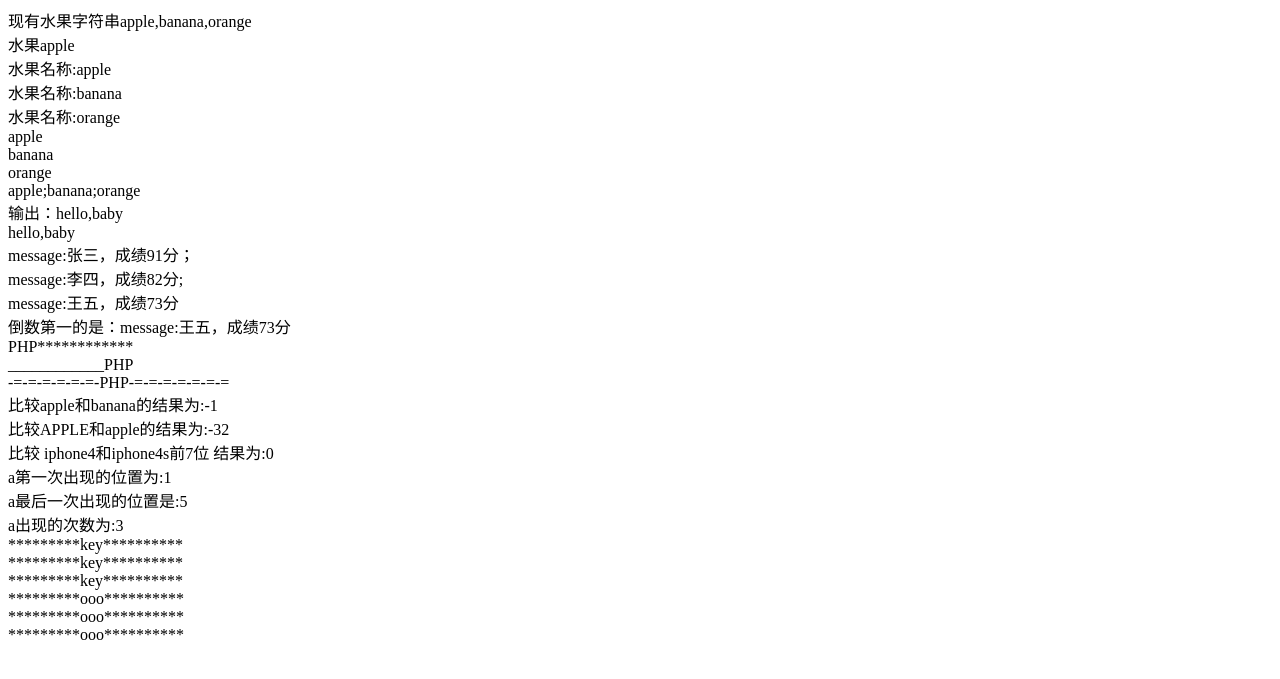
Repository: ljcan/PHP_Scripts
Page: http://localhost/src/new_file09.php
An editor plug-in stored every save of this project. The page is shown before and after the next save, followed by the edit.
The browser window is 1280 px wide. The pictures show the whole page.
The page is run by PHP 8.4 with error messages shown; the project is at /var/www/html/.

Above is the page before, as saved 2017-07-05 02:25:21.

### myjavascript_file/myphp/src/new_file09.php
<!DOCTYPE html PUBLIC "-//W3C//DTD HTML 4.01//EN"
"http://www.w3.org/TR/html4/strict.dtd">

<html xmlns="http://www.w3.org/1999/xhtml" lang="en">
    <head>
        <meta http-equiv="Content-Type" content="text/html; charset=utf-8" />
        <title>PHP之分割,截取,填充,比较,替换字符串</title>
        <meta name="author" content="Shinelon" />
        <!-- Date: 2017-07-04 -->
    </head>
    <body>
	<?php
	$fruit="apple,banana,orange";
	echo "现有水果字符串$fruit"."</br>";
	$fru=strtok($fruit, ",");
	echo "水果".$fru."</br>";
	$frus=explode(",", $fruit);
	foreach (explode(",", $fruit) as $i) {     //explode()函数根据指定的分隔符，将字符串分割成一个由字符串组成的数据。
		echo "水果名称:".$i."</br>";
	}
	echo $frus[0]."</br>";
	echo $frus[1]."</br>";
	echo $frus[2]."</br>";
	//implode()函数的功能和explode()函数的功能相反，它可以根据一个指定的分隔符，将一个字符数组中的元素连接起来，组成一个长字符串
	$ary=array("apple","banana","orange");
	$arstr=implode(";", $ary);
	echo $arstr;
	//截取字符串
	//strstr($str1,$str2)函数返回$str1中从$str2第一次出现到最后的部分
	$he="</br>输出：hello,baby";
	echo $he."</br>";
	echo strstr($he, "hello");
	//strrchr($str1,$str2)函数返回$str1中从$str2最后一次出现到最后的部分
	$them="</br>message:张三，成绩91分；</br>message:李四，成绩82分;</br>message:王五，成绩73分";
	echo $them."</br>";
	echo "倒数第一的是：".strrchr($them, "message")."</br>";
	//填充字符串
	$struc="PHP";
	echo str_pad($struc, 15,"*")."</br>";
	echo str_pad($struc,15,"_",STR_PAD_LEFT)."</br>";
	echo str_pad($struc,30,"-=",STR_PAD_BOTH)."</br>";
	//strcasecmp()函数可以执行不区分大小写的比较,strcmp()函数区分大小写
	echo "比较apple和banana的结果为:".strcasecmp("apple", "banana")."</br>";
	echo "比较APPLE和apple的结果为:".strcmp("APPLE","apple")."</br>";
	//strncasecmp()函数可以比较两个字符串的大小，不区分大小写，可以指定两个字符串在比较时使用的长度
	//strncmp()函数区分大小写
	echo "比较 iphone4和iphone4s前7位 结果为:".strncasecmp("iphone4","iphone4s", 7)."</br>";
	//定位字符串
	//stripos()查找字符串中的一个字符在字符串中首次出现的位置(忽略大小写)，strrpos()函数是找最后出现的位置(区分大小写)
	echo "a第一次出现的位置为:".stripos("banana", "a")."</br>";
	echo "a最后一次出现的位置是:".strrpos("banana", "a")."</br>";
	//substr_count()函数查找一个字子符串到该字符串中出现的次数
	echo "a出现的次数为:".substr_count("banana", "a")."</br>";
	//替换字符串
	//str_replace()
	$key=<<<key
	*********key**********</br>
	*********key**********</br>
	*********key**********</br>
	key;
	echo $key;
	echo str_replace("key", "ooo", $key);
	?>
    </body>
</html>

After the next save:
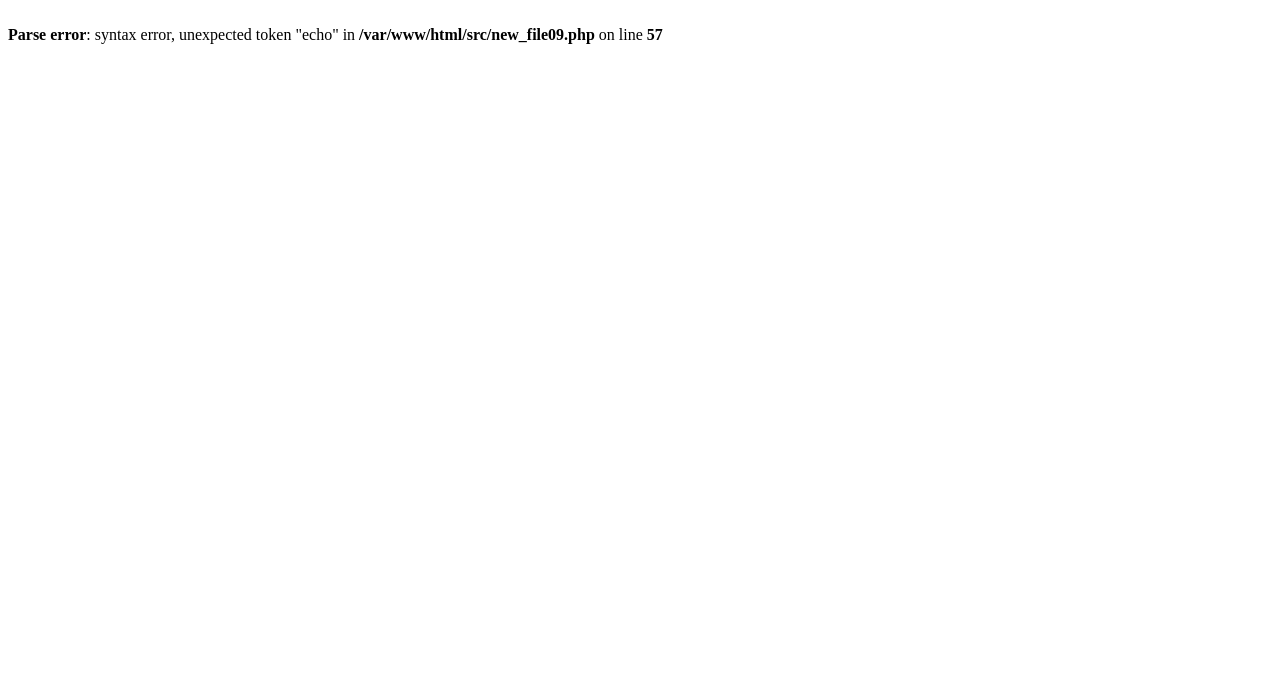
Saved 68 s later.
--- a/myjavascript_file/myphp/src/new_file09.php
+++ b/myjavascript_file/myphp/src/new_file09.php
@@ -53,11 +53,7 @@
 	echo "a出现的次数为:".substr_count("banana", "a")."</br>";
 	//替换字符串
 	//str_replace()
-	$key=<<<key
-	*********key**********</br>
-	*********key**********</br>
-	*********key**********</br>
-	key;
+	$key="*********key**********</br>*********key**********</br>*********key**********</br>"
 	echo $key;
 	echo str_replace("key", "ooo", $key);
 	?>

After the save that followed:
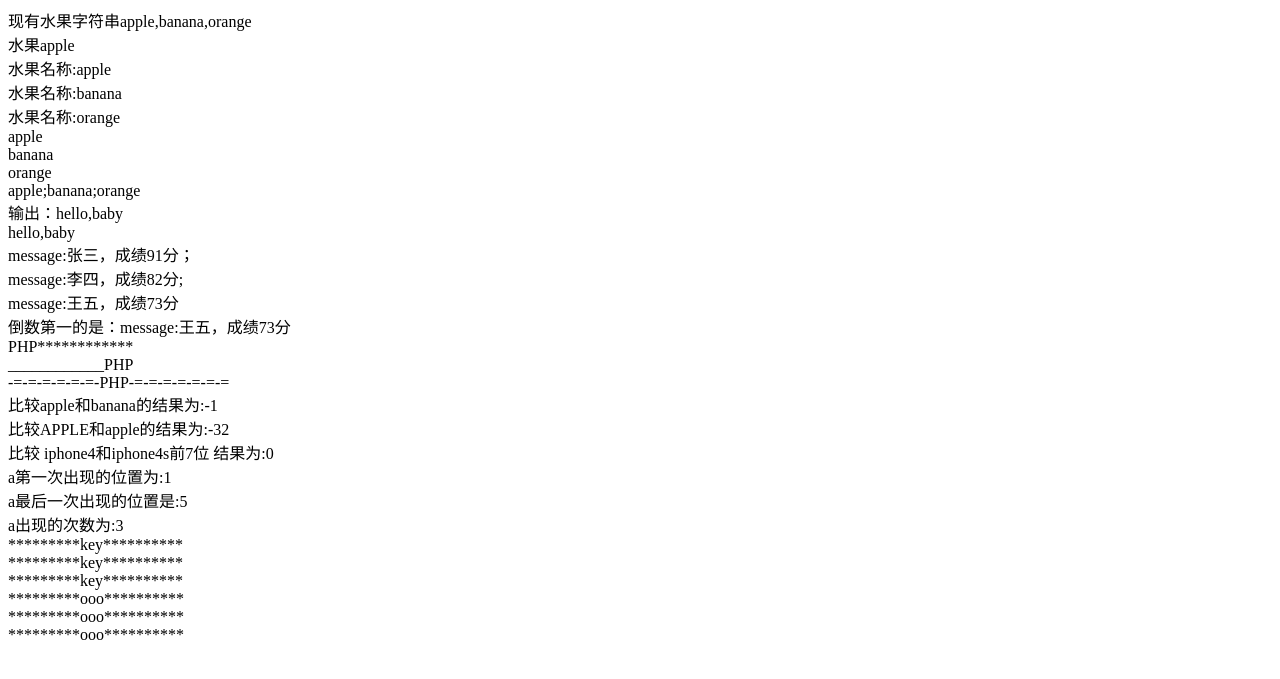
Saved 92 s later.
--- a/myjavascript_file/myphp/src/new_file09.php
+++ b/myjavascript_file/myphp/src/new_file09.php
@@ -53,7 +53,7 @@
 	echo "a出现的次数为:".substr_count("banana", "a")."</br>";
 	//替换字符串
 	//str_replace()
-	$key="*********key**********</br>*********key**********</br>*********key**********</br>"
+	$key="*********key**********</br>*********key**********</br>*********key**********</br>";
 	echo $key;
 	echo str_replace("key", "ooo", $key);
 	?>
